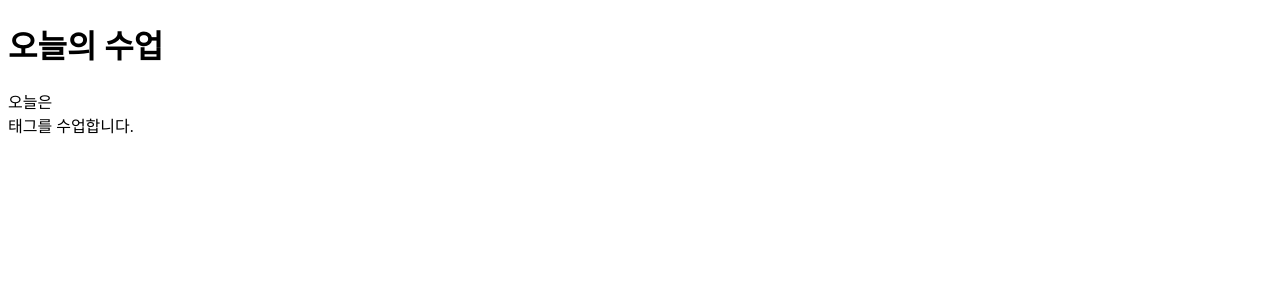
Repository: JeongWoo-Jang/Edu-Backup
Page: 5. HTML & CSS & JSP/ClientTest/WebContent/ex03_basic.html
The author's editor kept a copy of each file at every save. The page is drawn from the files as they stood at one save, then again after the next save.
The browser window is 1280 px wide. The pictures show the whole page.

Above is the page before, as saved 2020-06-18 06:19:42.

### 5. HTML & CSS & JSP/ClientTest/WebContent/ex03_basic.html
<!DOCTYPE html>
<html>
<head>
<meta charset="UTF-8">
<title>Insert title here</title>
</head>
<body>

	<!--

		클라리언트 측 프로그래밍, Client-side Programming
		프론트엔드 프로그래밍, Front-end Programming
		- 브라우저에서 동작하는 언어(기술)
		1. HTML
			- 역할 : 출력 내용을 만든다.
		2. CSS
			- 역할 : 1번 결과물 + 서식을 적용한다.
		3. JavaScript
			- 역할 : 1번 or 2번 결과물 + 프로그램을 적용한다.

		서버 측 프로그래밍, Server-side Programming
		백엔드 프로그래밍, Back-end Programming
		1. 자바
		2. 오라클
		3. JDBC
		4. Servlet/JSP/Spring/MyBatis

		풀스택 개발자(Full Stack 개발자)

		HTML 언어 구성 요소
		1. 태그(Tag), 엘리먼트(Element)
			- 예약어를 <>로 묶어 놓은 요소
			- HTML 명령어
			- 문서의 골격 형성(요소 배치 + 레이아웃)
				a. 의미상 골격
				b. 출력상 골격
			A. 태그의 표현 형식
				a. <태그명></태그명>
					- <태그명> : 시작 태그
					- </태그명> : 끝 태그
					- 자신의 영역을 가진다. ({} 역할)
				b. <태그명> or <태그명 />
					- 빈태그, 단독태그, Empty Element, Empty Tag
					- 자신의 영역을 가지지 않는다.

			B. 태그 내용의 형식, Content Type
				- <시작태그>내용물</끝태그>
				a. 자식태그
					- 또 다른 태그만 내용물로 가질 수 있다.
					- <a>
						<b>
						</b>
					  </a>
					ex) <html>

				b. PCDATA(=문자열)
					- <시작태그>문자열</끝태그>
					- 문자열만 가질 수 있다.
					- 자식 태그는 가질 수 없다.
					ex) <title>

				c. Empty
					- 아무것도 가질 수 없다.
					- <시작태그></끝태그>
					- 단독태그, 빈태그

				d. Mixed
					- a + b + c 자유롭게 가질 수 있다.
					- HTML의 태그는 이 타입이 가장 많다.
					ex) <body>

		2. 속성(Attribute)
			- 태그의 성질을 정의하는 역할
			- 태그가 가지는 데이터의 한 종류
			- 속성이 가지는 데이터(CDATA)
			- 표기법
				a. <시작태그 속성명="값"></시작태그>
				b. <시작태그 속성명='값'></시작태그>
				c. <시작태그 속성명=값></시작태그> //사용금지
					<시작태그 속성명="a">
					<시작태그 속성명="b">
					<시작태그 속성명="a b">
				d. <시작태그 속성명="값" 속성명="값" 속성명="값"></시작태그>
				e. <단독태그 속성명="값">
				f. <단독태그 속성명='값'>

		3. 텍스트(PCDATA, Parsed Character Data)
			- 태그가 가지는 데이터의 한 종류
			- 역할 : 화면에 출력되는 데이터

		4. 엔티티(Entity)
			- 미리 정해져있는 표기법을 사용해서 브라우저가 약속된 출력 내용으로 바꿔서 출력하는 구성 요소
			- Built-in Entity
			- &엔티티명;
			- &nbsp; > 공백
			- &lt;
			- &gt;
			- &quot;
			- &apos;
			- &amp;

		5. 주석(Comment)
		6. 선언문(Declaration)
		7. 외부 요소
		8. 등등

	 -->


	<h1>오늘의 수업</h1>

	<p>오늘은 <br>태그를 수업합니다.</p>


</body>
</html>

After the next save:
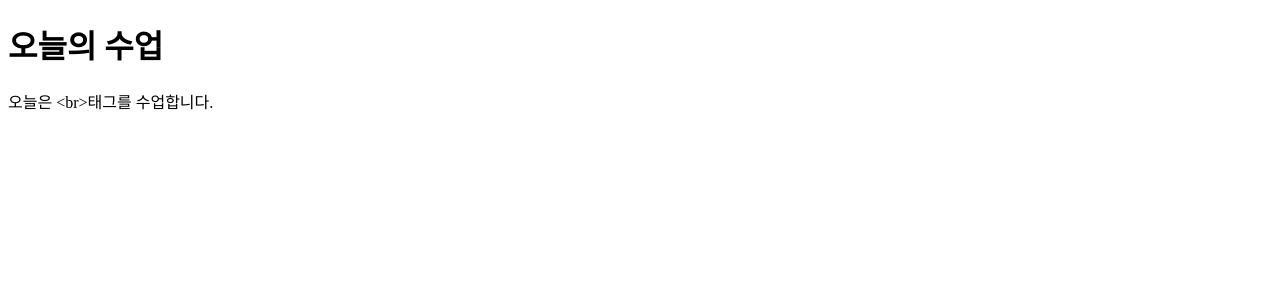
Saved 52 s later.
--- a/5. HTML & CSS & JSP/ClientTest/WebContent/ex03_basic.html
+++ b/5. HTML & CSS & JSP/ClientTest/WebContent/ex03_basic.html
@@ -109,7 +109,7 @@
 
 	<h1>오늘의 수업</h1>
 
-	<p>오늘은 <br>태그를 수업합니다.</p>
+	<p>오늘은 &lt;br&gt;태그를 수업합니다.</p>
 
 
 </body>
